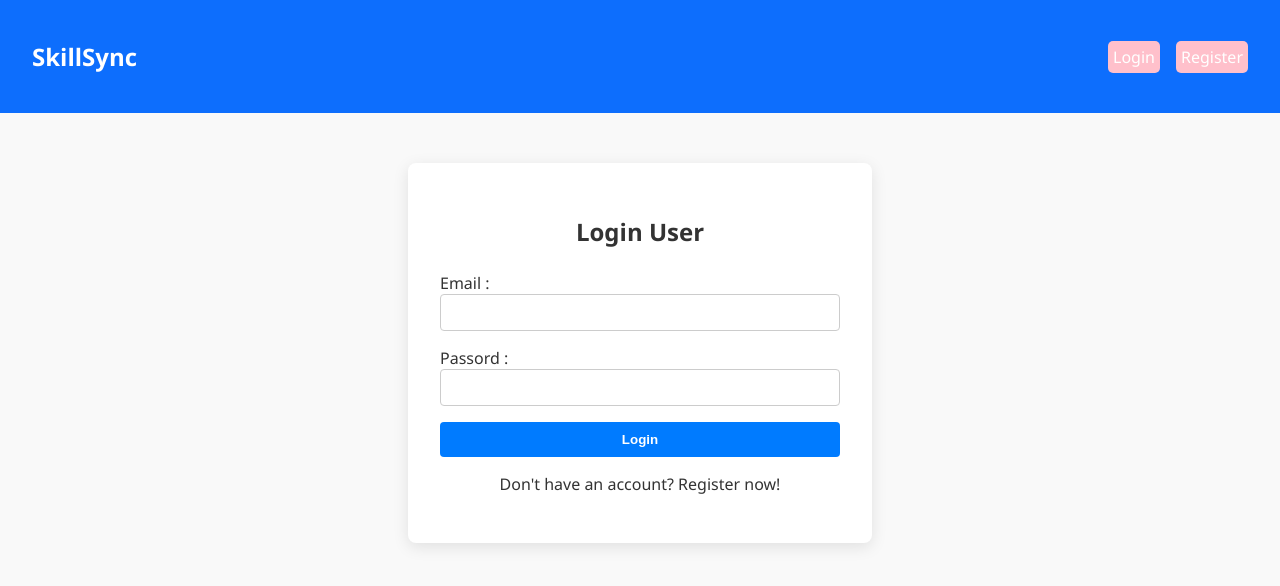
Repository: bharathabhi46/SkillSync-FrontEnd
Page: /UserList
An editor plug-in stored every save of this project. The page is shown before and after the next save, followed by the edit.
The browser window is 1280 px wide. The pictures show the whole page.
The project was rebuilt for these pictures with package versions that can differ from the ones it lists, and the page was loaded fresh each time. Also part of the build but not shown: vite.config.js, src/Components/CreateUser/CreateUser.css, src/Components/CreateUser/CreateUser.jsx, src/Components/UserList/UserList.css, src/Components/UserList/UserList.jsx, src/Components/EditUser/EditUser.css, src/Components/EditUser/EditUser.jsx, src/Components/RegisterUser/RegisterUser.css and 3 more.

Above is the page before, as saved 2025-06-28 14:19:47.

### src/main.jsx
import { StrictMode } from "react";
import { createRoot } from "react-dom/client";
import { BrowserRouter } from "react-router-dom";
import App from "./App.jsx";

createRoot(document.getElementById("root")).render(
  <BrowserRouter>
    <App />
  </BrowserRouter>
);

### src/App.jsx
import React from "react";
import CreateUser from "./Components/CreateUser/CreateUser";
import UserList from "./Components/UserList/UserList";
import EditUser from "./Components/EditUser/EditUser";
import { Route, Routes } from "react-router-dom";
import RegisterUser from "./Components/RegisterUser/RegisterUser";
import LoginUser from "./Components/LoginUser/LoginUser";
import "./App.css";
import PrivateAuth from "./Components/PrivateAuth/PrivateAuth";
import NavBar from "./Components/NavBar/NavBar";
import Home from "./Components/Home/Home";
const App = () => {
  return (
    <div>
      <NavBar />
      <Routes>
        <Route path="/" element={<Home />} />
        <Route
          path="/UserList"
          element={
            <PrivateAuth>
              <UserList />
            </PrivateAuth>
          }
        />
        <Route
          path="/EditUser/:id"
          element={
            <PrivateAuth>
              <EditUser />
            </PrivateAuth>
          }
        />
        <Route
          path="/CreateUser"
          element={
            <PrivateAuth>
              <CreateUser />
            </PrivateAuth>
          }
        />
        <Route path="/RegisterUser" element={<RegisterUser />} />
        <Route path="/LoginUser" element={<LoginUser />} />
      </Routes>
    </div>
  );
};

export default App;

### src/Components/LoginUser/LoginUser.jsx
import React, { useState } from "react";
import { useNavigate } from "react-router-dom";
import "./LoginUser.css";
const LoginUser = () => {
  let navigate = useNavigate();
  let url = "http://localhost:8080/api/users/auth/login";
  let [loginUser, setLoginUser] = useState({
    email: "",
    password: "",
  });
  function handleOnChange(e) {
    setLoginUser((prevState) => ({
      ...prevState,
      [e.target.name]: e.target.value,
    }));
  }
  async function handleSubmit(e) {
    e.preventDefault();
    try {
      let data = await fetch(url, {
        method: "POST",
        headers: {
          "Content-Type": "application/json",
        },
        body: JSON.stringify(loginUser),
      });
      setLoginUser({
        email: "",
        password: "",
      });
      alert("Login Successful");
      localStorage.setItem("userEmail", LoginUser.email);
      let user = await data.json();
      localStorage.setItem("user", JSON.stringify(user));
      navigate("/");
    } catch (err) {
      console.log("Error : ", err);
      alert("Failed to Login");
    }
  }
  return (
    <div className="login-container">
      <h2>Login User</h2>
      <form onSubmit={handleSubmit}>
        <label>Email : </label>
        <input
          type="email"
          name="email"
          value={loginUser.email}
          onChange={handleOnChange}
        />
        <label>Passord : </label>
        <input
          type="password"
          name="password"
          value={loginUser.password}
          onChange={handleOnChange}
        />
        <button type="submit">Login</button>
        <p>Don't have an account? Register now!</p>
      </form>
    </div>
  );
};

export default LoginUser;

### src/App.css
body {
  margin: 0;
  font-family: "Segoe UI", sans-serif;
  background-color: #f9f9f9;
  color: #333;
}

h2 {
  color: #333;
  margin-bottom: 1rem;
}

### src/Components/PrivateAuth/PrivateAuth.jsx
import React from "react";
import { Navigate, useNavigate } from "react-router-dom";
const PrivateAuth = ({ children }) => {
  const isLoggedIn = localStorage.getItem("userEmail") !== null;
  return isLoggedIn ? children : <Navigate to={"/LoginUser"} />;
};

export default PrivateAuth;

### src/Components/NavBar/NavBar.jsx
import React from "react";
import { Link, useNavigate } from "react-router-dom";
import "./Navbar.css";
const Navbar = () => {
  const navigate = useNavigate();
  const user = JSON.parse(localStorage.getItem("user"));
  console.log(user !== null);
  const handleLogout = () => {
    localStorage.removeItem("user");
    navigate("/LoginUser");
  };

  return (
    <nav className="navbar">
      <h3 className="logo">SkillSync</h3>
      <div className="nav-links">
        {user ? (
          <>
            <span>
              Welcome, <strong>{user.name}</strong> 👋
            </span>
            <Link to="/UserList">Users</Link>
            <Link to="/CreateUser">Create</Link>
            <button onClick={handleLogout}>Logout</button>
          </>
        ) : (
          <>
            <Link to="/LoginUser">Login</Link>
            <Link to="/RegisterUser">Register</Link>
          </>
        )}
      </div>
    </nav>
  );
};

export default Navbar;

### src/Components/LoginUser/LoginUser.css
.login-container {
  max-width: 400px;
  margin: 50px auto;
  padding: 2rem;
  background-color: white;
  box-shadow: 0 4px 16px rgba(0, 0, 0, 0.1);
  border-radius: 8px;
}

.login-container h2 {
  text-align: center;
  color: #333;
  margin-bottom: 1.5rem;
}

.login-container form {
  display: flex;
  flex-direction: column;
}

.login-container input {
  padding: 10px;
  margin-bottom: 1rem;
  border: 1px solid #ccc;
  border-radius: 4px;
}

.login-container button {
  padding: 10px;
  background-color: #007bff;
  border: none;
  color: white;
  font-weight: bold;
  border-radius: 4px;
  cursor: pointer;
}

.login-container button:hover {
  background-color: #0056b3;
}

.login-container p {
  text-align: center;
  margin-top: 1rem;
}

### src/Components/NavBar/Navbar.css
.navbar {
  display: flex;
  justify-content: space-between;
  align-items: center;
  background-color: #0d6efd;
  padding: 1rem 2rem;
  color: white;
}

.logo {
  font-size: 1.5rem;
  font-weight: bold;
}

.nav-links a,
.nav-links button {
  margin-left: 1rem;
  color: white;
  text-decoration: none;
  font-weight: 500;
  border-color: rgb(97, 97, 97);
  background-color: pink;
  padding: 5px;
  border: 3px;
  border-radius: 5px;
  cursor: pointer;
}

.nav-links button:hover,
.nav-links a:hover {
  text-decoration: underline;
}

Loaded but not shown: index.html (common file)

After the next save:
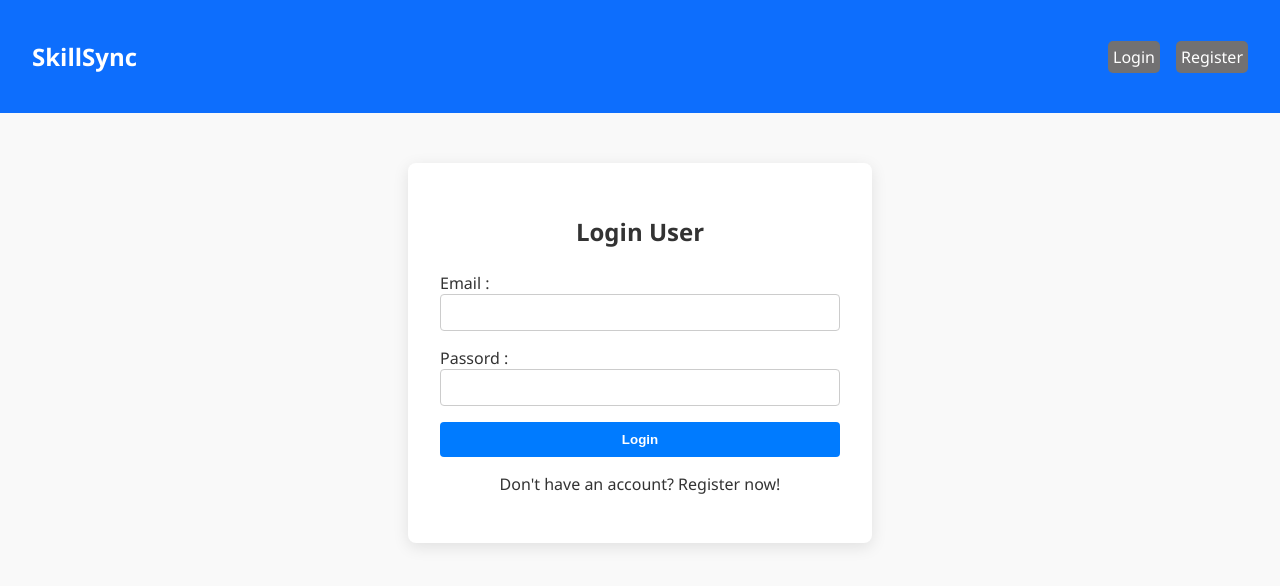
Saved 6 s later.
--- a/src/Components/NavBar/Navbar.css
+++ b/src/Components/NavBar/Navbar.css
@@ -19,7 +19,7 @@
   text-decoration: none;
   font-weight: 500;
   border-color: rgb(97, 97, 97);
-  background-color: pink;
+  background-color: rgb(114, 113, 114);
   padding: 5px;
   border: 3px;
   border-radius: 5px;
